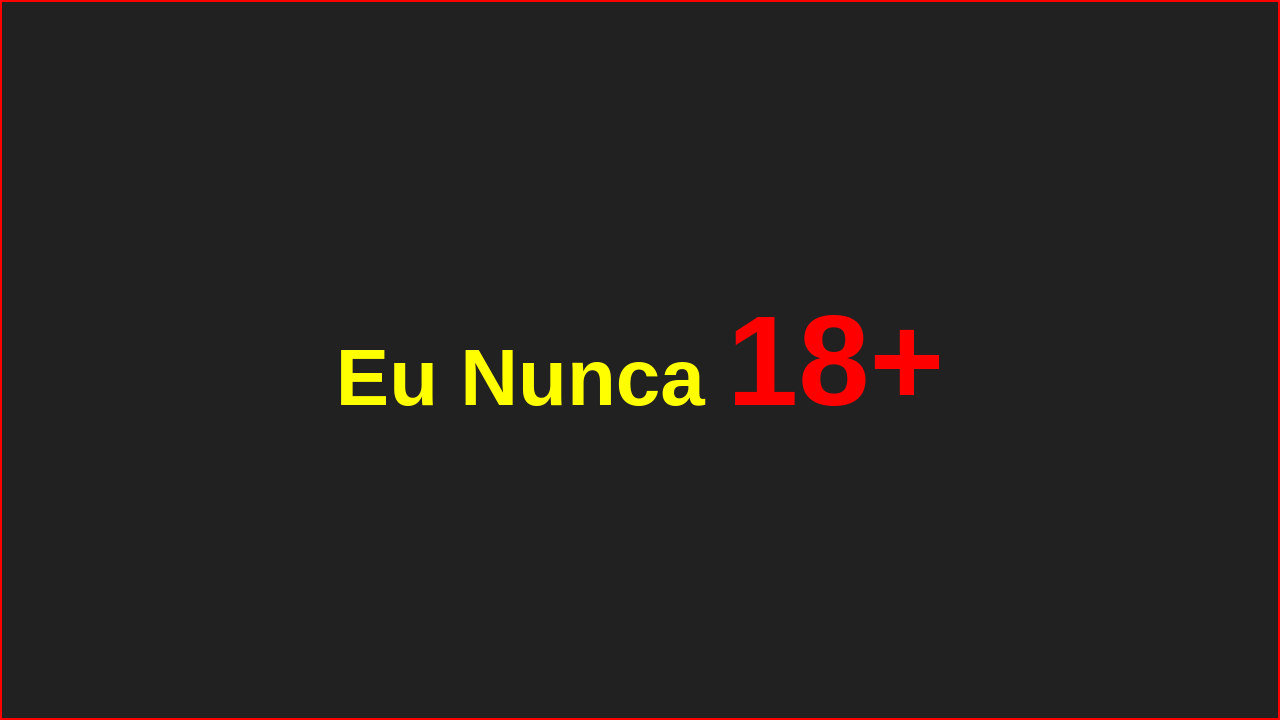
Repository: odiloalmeida/inever
Page: index.html
An editor plug-in stored every save of this project. The page is shown before and after the next save, followed by the edit.
The browser window is 1280 px wide. The pictures show the whole page.

Above is the page before, as saved 2023-01-31 20:20:41.

After the next save:
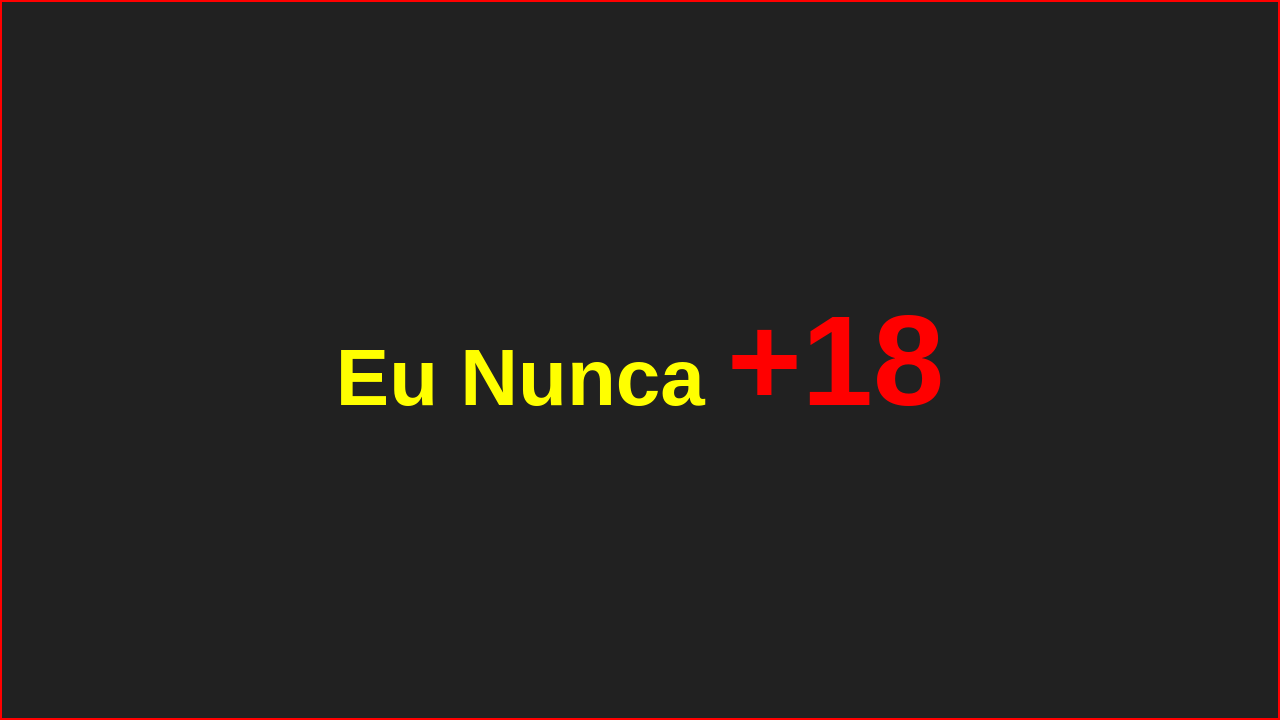
Saved 5 s later.
--- a/index.html
+++ b/index.html
@@ -10,7 +10,7 @@
 </head>
 
 <body>
-    <button id="myButton" onclick="changeButtonName()"><span>Eu Nunca </span> <span2>18+</span2></button>
+    <button id="myButton" onclick="changeButtonName()"><span>Eu Nunca </span> <span2>+18</span2></button>
 </body>
 
 <script>
